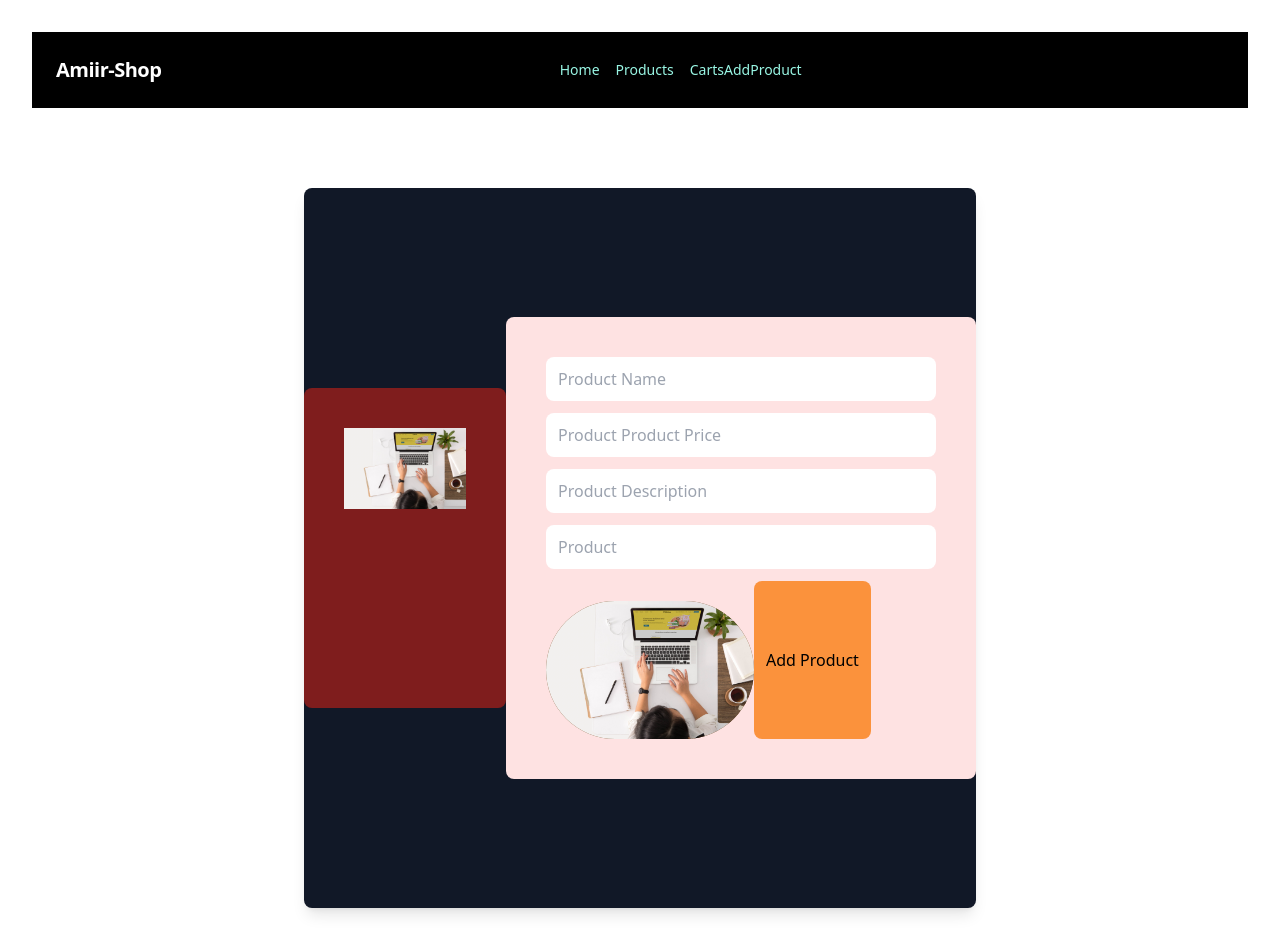
Repository: ENG-AMIIR-MUSE/ECommerce-app-using-react
Page: /addProducts
The author's editor kept a copy of each file at every save. The page is drawn from the files as they stood at one save, then again after a run of saves.
The browser window is 1280 px wide. The pictures show the whole page.
The page's requests for data from a server got no answer. The project was rebuilt for these pictures with package versions that can differ from the ones it lists, and the page was loaded fresh each time. No one was signed in, and anything a server would have sent is missing. Also part of the build but not shown: vite.config.js, src/Components/productList.js, src/Components/productCard.js.

Above is the page before, as saved 2023-06-24 19:51:09.

After the next 3 saves:
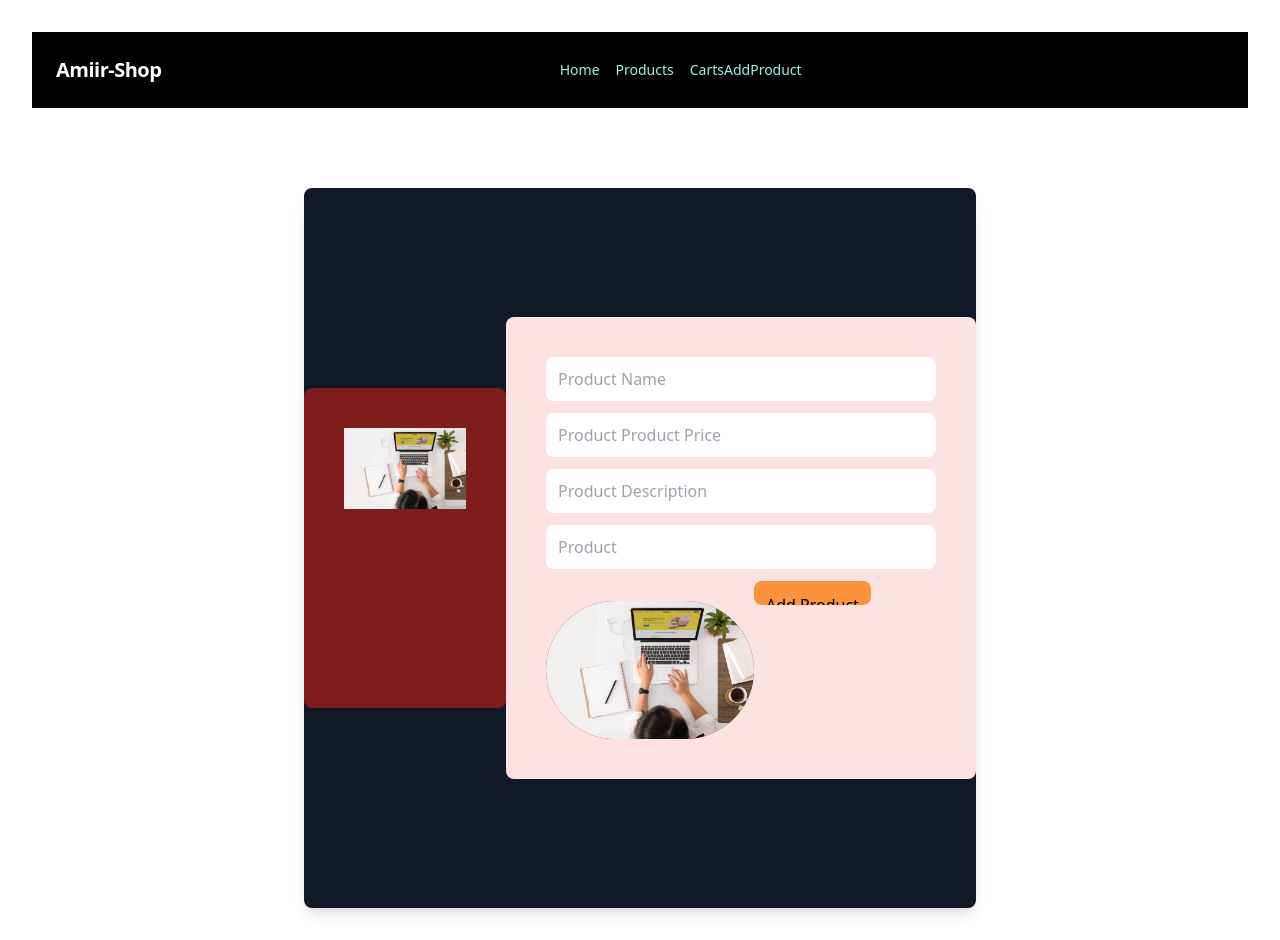
The 3 saves are shown as one change because they came seconds apart.
The last was saved 9 s later.
--- a/src/Components/AddProduct.jsx
+++ b/src/Components/AddProduct.jsx
@@ -17,7 +17,7 @@ const  AddProduct = ()=>{
            <input type="text" placeholder="Product"className="w-full rounded-lg h-11 pl-3 "/>
            <div className="flex felx-row">
              <img src={reactsvg} alt="" className="rounded-full w-52 mt-5  max-w-md  object-contain bg-yellow-900" />
-             <input type="submit" className = "rounded-lg bg-orange-400 p-3"value="Add Product"/>
+             <input type="submit" className = "rounded-lg bg-orange-400 p-3 h-5"value="Add Product"/>
            </div>
           </form>
           </div>
